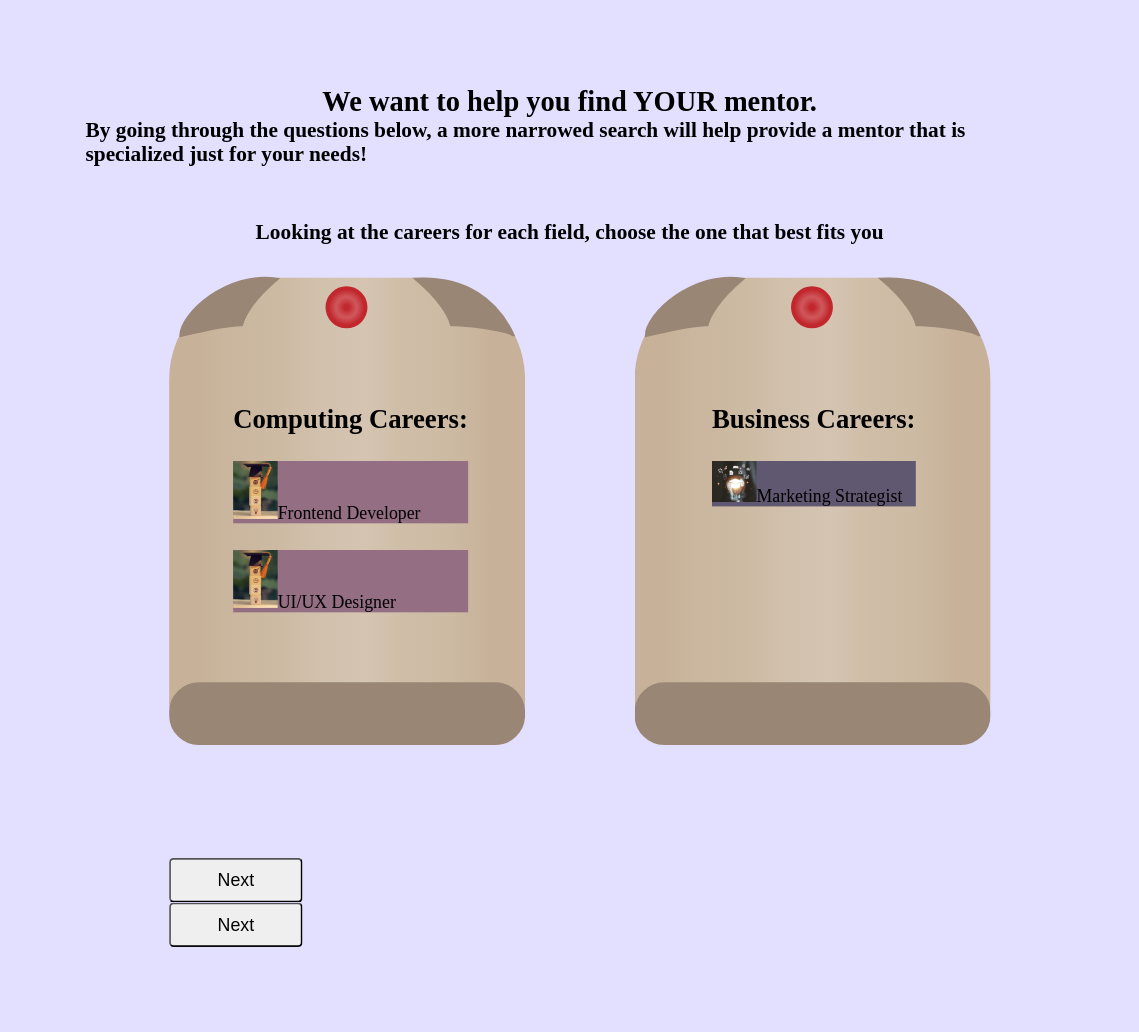
Repository: anikagrewal/week3example
Page: /about
An editor plug-in stored every save of this project. The page is shown before and after the next save, followed by the edit.
The browser window is 1280 px wide. The pictures show the whole page, at 89% of full size.
The project was rebuilt for these pictures with package versions that can differ from the ones it lists, and the page was loaded fresh each time. The framework's server and built-in components were replaced by stand-ins that run in the browser. Also part of the build but not shown: next.config.js.

Above is the page before, as saved 2023-01-23 14:48:19.

After the next save:
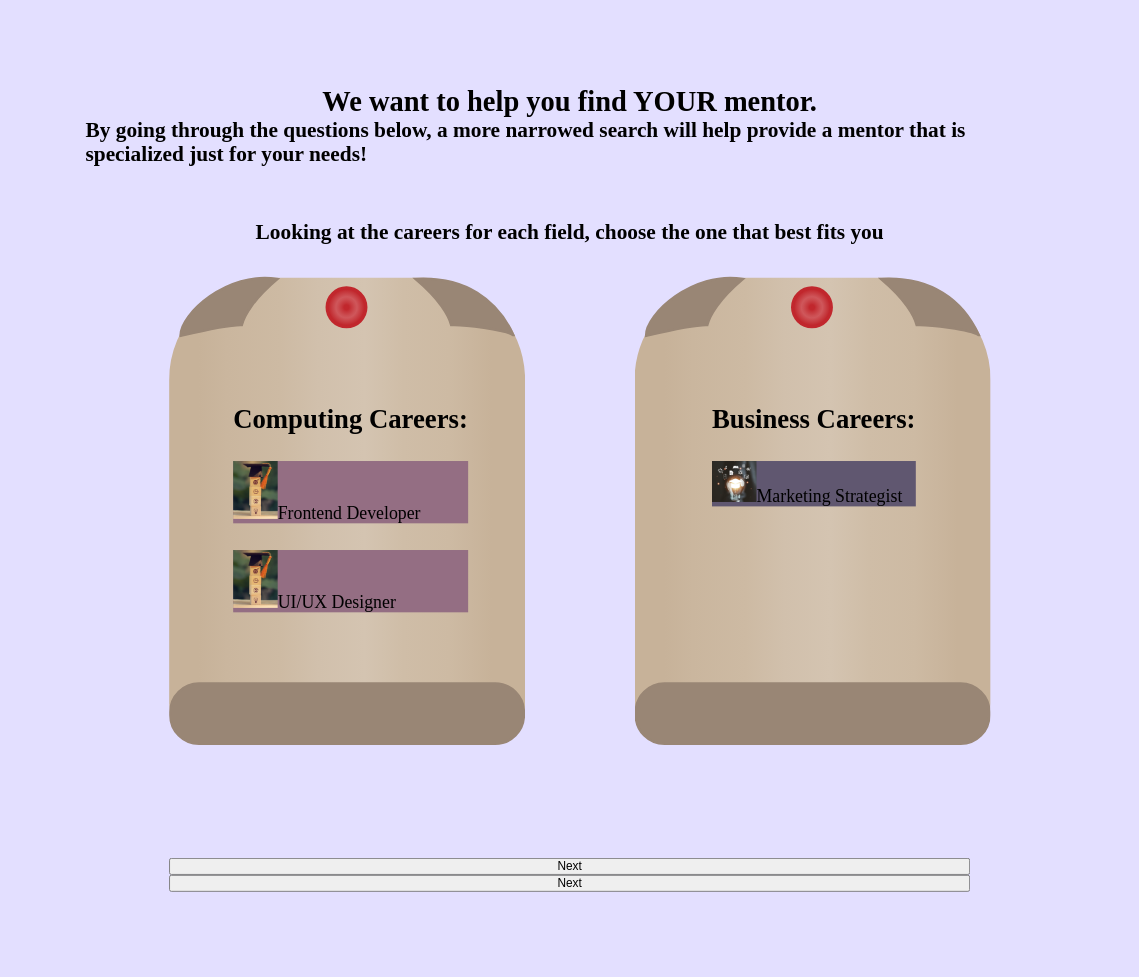
Saved 20 s later.
--- a/pages/about.js
+++ b/pages/about.js
@@ -84,8 +84,8 @@
 />
 </div>
 </div>
-<button className={styles.button}>Next</button>
-<button className={styles.button}>Next</button>
+<button className={styles.nextbtnone}>Next</button>
+<button className={styles.nextbtntwo}>Next</button>
 </div>
 </main>
 </>

After the save that followed:
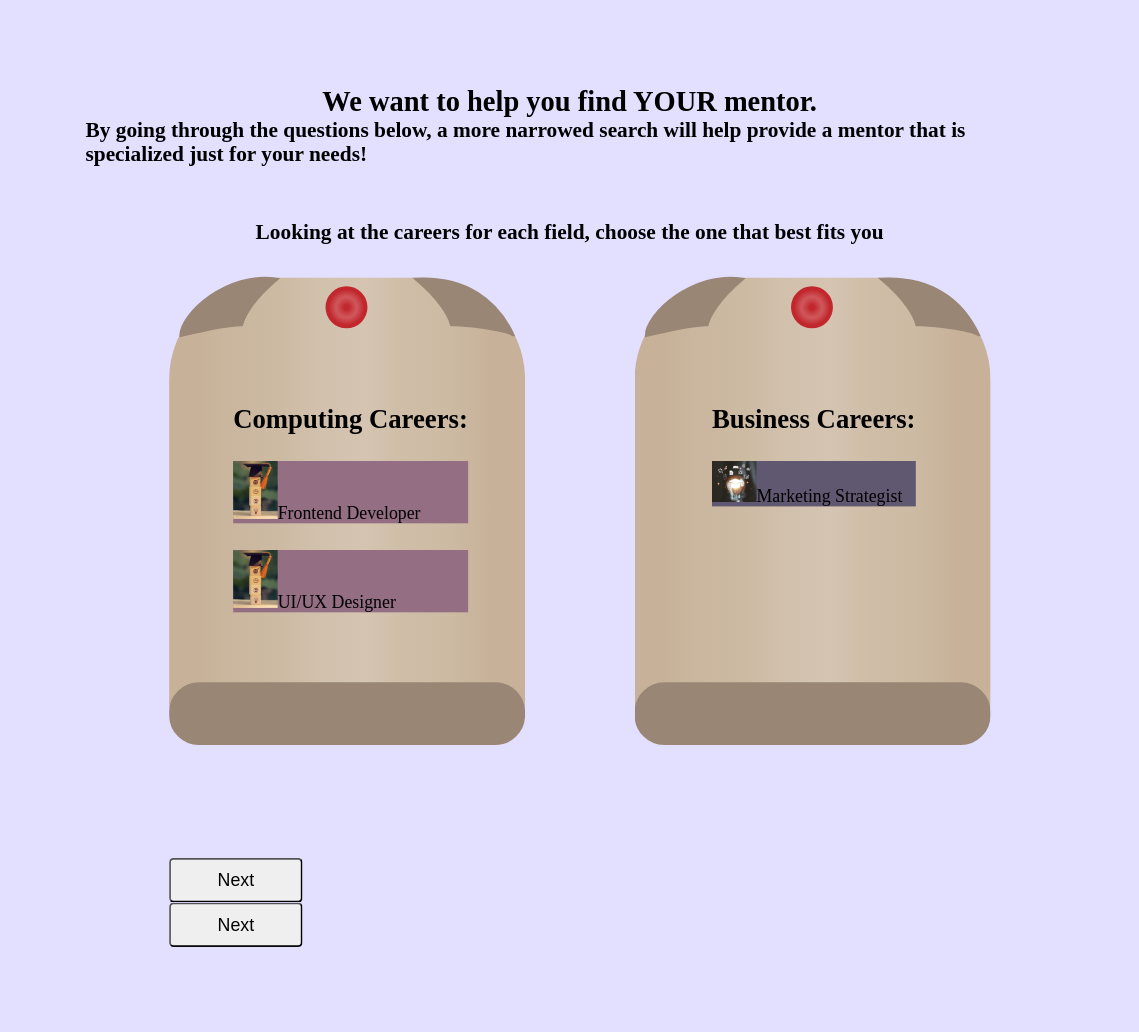
Saved 23 s later.
--- a/styles/About.module.css
+++ b/styles/About.module.css
@@ -108,6 +108,23 @@
     border-radius: 5px;
     font-size: 20px;
   }
+
+  .nextbtnone {
+    width: 150px;
+    height: 50px;
+    border-radius: 5px;
+    font-size: 20px;
+  }
+
+  .nextbtntwo {
+    width: 150px;
+    height: 50px;
+    border-radius: 5px;
+    font-size: 20px;
+  }
+
+
+
 
   .comlay {
     margin-top: 180px;
